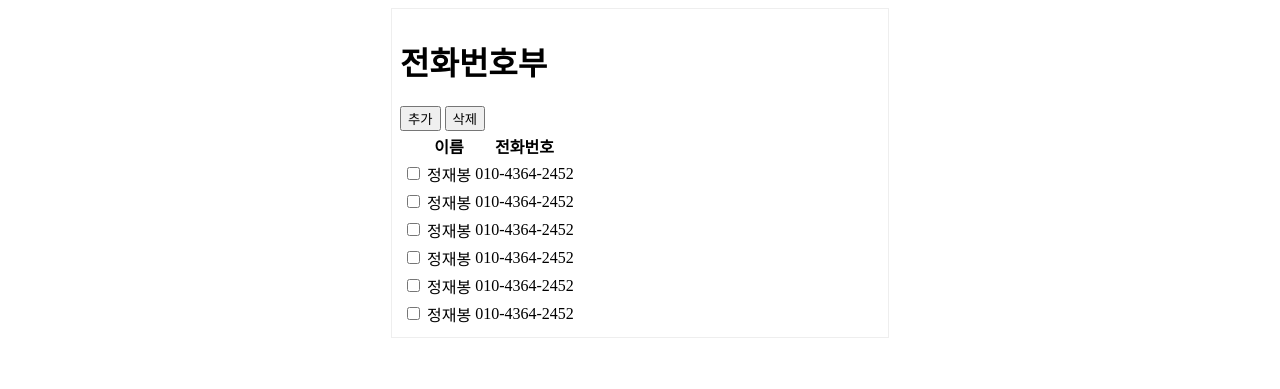
Repository: limjh0513/DGSW_JAVA
Page: http://localhost/web/phoneBook/phoneBook.html
An editor plug-in stored every save of this project. The page is shown before and after the next save, followed by the edit.
The browser window is 1280 px wide. The pictures show the whole page.
The page is served by Tomcat 9.

Above is the page before, as saved 2021-11-03 02:14:25.

After the next save:
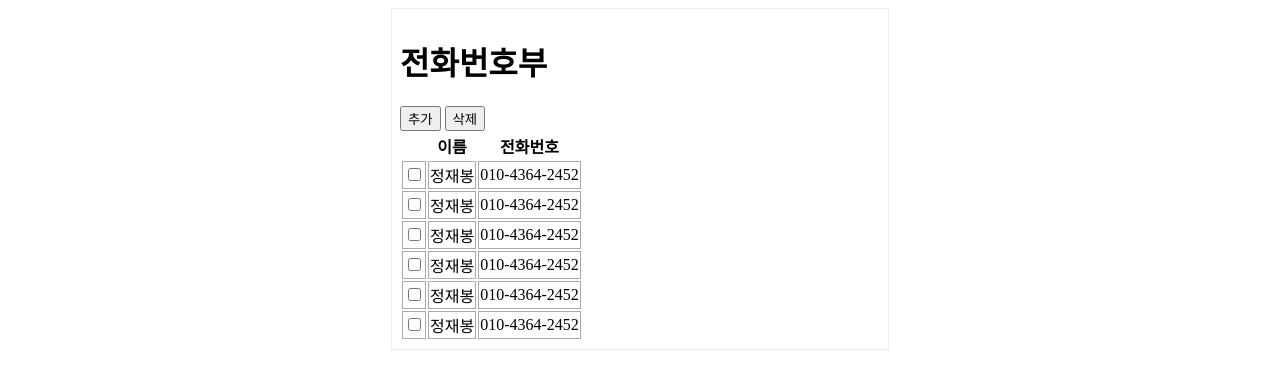
Saved 70 s later.
--- a/2학기/JAVA_WEB/web/src/main/webapp/phoneBook/css/phoneBook.css
+++ b/2학기/JAVA_WEB/web/src/main/webapp/phoneBook/css/phoneBook.css
@@ -12,3 +12,13 @@
 	padding-right: 3rem;
 	margin-bottom: 0.5rem;
 }
+
+.list{
+	width: 95%;
+	margin: 0 auto 0 auto;
+	border-collapse: collapse;
+}
+
+.list th, td{
+	border: 1px solid #AAA;
+}
